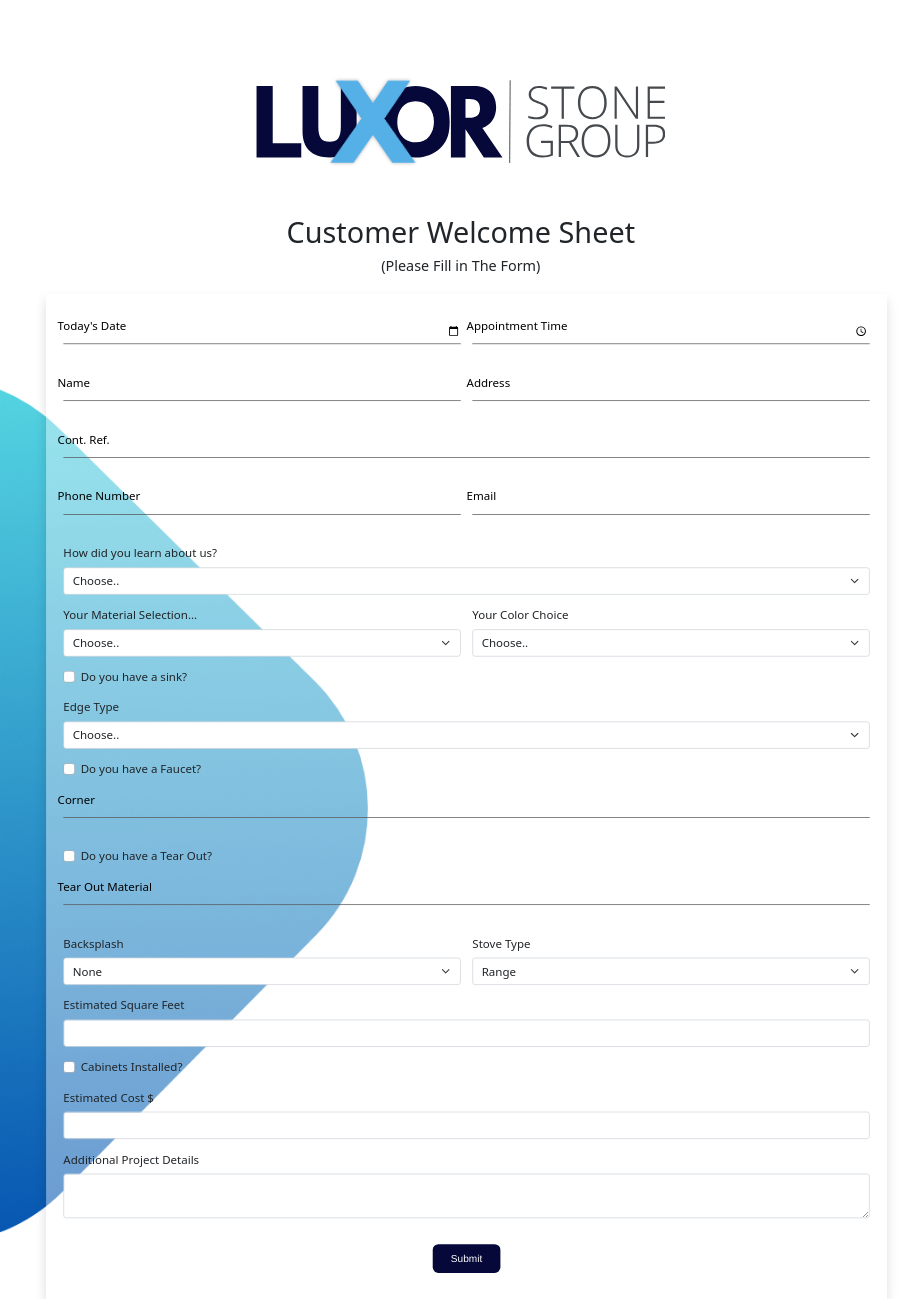
Repository: aya7abbal/Luxor-Customer-Form
Page: index.html
An editor plug-in stored every save of this project. The page is shown before and after the next save, followed by the edit.
The browser window is 1280 px wide. The pictures show the whole page, at 72% of full size.
The style sheet was rebuilt from its Sass, Less or Tailwind sources for each picture, by a compiler version that may differ from the author's.

Above is the page before, as saved 2023-10-20 22:25:19.

### index.html
<!DOCTYPE html>
<html lang="en">
  <head>
    <meta charset="UTF-8" />
    <meta http-equiv="X-UA-Compatible" content="IE=edge" />
    <link
      href="https://cdn.jsdelivr.net/npm/bootstrap@5.0.2/dist/css/bootstrap.min.css"
      rel="stylesheet"
      integrity="sha384-EVSTQN3/azprG1Anm3QDgpJLIm9Nao0Yz1ztcQTwFspd3yD65VohhpuuCOmLASjC"
      crossorigin="anonymous"
    />
    <link rel="stylesheet" href="./Styles/styles.css" />
    <meta name="viewport" content="width=device-width, initial-scale=1.0" />
    <script src="./script.js"></script>

    <title>Document</title>
  </head>
  <body class="p-3">
    <div class="container">
      <div class="row py-4 py-lg-6">
        <div class="col-lg-12 d-flex align-items-center justify-content-center">
          <div style="z-index: 1" class="lc-block mb-n3 mb-lg-0">
            <img
              class="img-fluid p-3 m-3 mb-5 logo"
              src="./Images/logo.svg"
              alt="Luxor Stone Group Logo"
            />
          </div>
          <!-- /lc-block -->
        </div>
        <!-- /col -->

        <div class="d-flex-col text-center">
          <h1>Customer Welcome Sheet</h1>

          <p class="lead">(Please Fill in The Form)</p>
        </div>
        <!-- /lc-block -->
      </div>
    </div>

    <div class="box">
      <form class="row g-3 shadow p-3 mx-4 mx-md-5">
        <!-- Date -->
        <div class="col-md-6 col-12 input-container">
          <input type="date" required id="date" />

          <label for="date">Today's Date</label>
        </div>

        <!-- Time -->
        <div class="col-md-6 col-12 input-container">
          <input type="time" id="aptTime" required />

          <label for="aptTime">Appointment Time</label>
        </div>
        <!-- Name -->
        <div class="col-12 col-md-6 input-container">
          <input type="text" required />
          <label for="name">Name</label>
        </div>

        <!-- Address -->
        <div class="col-12 col-md-6 input-container">
          <input type="text" required id="address" />
          <label for="address">Address</label>
        </div>
        <!-- Cont. Ref. -->
        <div class="col-12 input-container">
          <input type="text" id="contRef" required />
          <label for="contRef">Cont. Ref.</label>
        </div>
        <!-- Phone Number -->
        <div class="col-md-6 col-12 input-container">
          <input type="number" id="mobile" required />
          <label for="mobile">Phone Number</label>
        </div>
        <!-- Email -->
        <div class="col-md-6 col-12 input-container">
          <input type="email" required id="email" />
          <label for="email">Email</label>
        </div>
        <!-- Learn
    how -->
        <div class="col-12">
          <label for="learnHow" class="form-label"
            >How did you learn about us?</label
          >
          <select id="learnHow" class="form-select">
            <option selected>Choose..</option>
            <option>answer 2</option>
          </select>
        </div>
        <!-- Material Selection -->
        <div class="col-md-6">
          <label for="material" class="form-label"
            >Your Material Selection...</label
          >
          <select id="material" class="form-select">
            <option selected>Choose..</option>
            <option>answer 2</option>
          </select>
        </div>
        <!-- Color Choice -->
        <div class="col-md-6">
          <label for="color" class="form-label"> Your Color Choice</label>
          <select id="color" class="form-select">
            <option selected>Choose..</option>
            <option>answer 2</option>
          </select>
        </div>
        <!-- Sink Check -->
        <div class="col-12">
          <div class="form-check">
            <label class="form-check-label" for="sinkCheck">
              Do you have a sink?</label
            >
            <input class="form-check-input" type="checkbox" id="sinkCheck" />
          </div>
        </div>
        <!-- Edge Type -->
        <div class="col-12">
          <label for="edge" class="form-label"> Edge Type</label>
          <select id="edge" class="form-select">
            <option selected>Choose..</option>
            <option>answer 2</option>
          </select>
        </div>
        <!-- Faucet Check -->
        <div class="col-12">
          <div class="form-check">
            <label class="form-check-label" for="sinkCheck">
              Do you have a Faucet?</label
            >
            <input class="form-check-input" type="checkbox" id="sinkCheck" />
          </div>
        </div>
        <!-- Corner -->
        <div class="col-12 input-container">
          <input type="text" id="corner" required />
          <label for="corner">Corner</label>
        </div>

        <!-- Tear Out Check -->
        <div class="col-12">
          <div class="form-check">
            <label class="form-check-label" for="tearCheck">
                <input class="form-check-input" type="checkbox" id="tearCheck" />
              Do you have a Tear Out?</label
            >
          </div>
        </div>

        <!-- Tear Out Type -->
        <div class="col-12 input-container">
            <input
              type="text"
              id="tearMaterial"
              required
            />
          <label for="tearMaterial" >Tear Out Material</label>
        </div>

        <!-- Backsplash-->
        <div class="col-md-6 col-12">
          <label for="backsplash" class="form-label"> Backsplash</label>
          <select id="backsplash" class="form-select">
            <option selected>None</option>
            <option>4"</option>
            <option>6"</option>
            <option>Full</option>
          </select>
        </div>
        <!-- Stove Type -->
        <div class="col-md-6 col-12">
          <label for="stoveType" class="form-label"> Stove Type</label>
          <select id="stoveType" class="form-select">
            <option selected>Range</option>
            <option>Cook Top</option>
          </select>
        </div>
        <!--Area-->
        <div class="col-12">
          <label for="area" class="form-label">Estimated Square Feet</label>
          <input type="number" class="form-control" id="area" />
        </div>
        <!-- Tear Out Check -->
        <div class="col-12">
          <div class="form-check">
            <label class="form-check-label" for="cabinets">
              Cabinets Installed?</label
            >
            <input class="form-check-input" type="checkbox" id="cabinets" />
          </div>
        </div>
        <!--Cost-->
        <div class="col-12">
          <label for="price" class="form-label">Estimated Cost $</label>
          <input type="number" class="form-control" id="price" />
        </div>
        <!-- Additional Details -->
        <div class="col-12">
          <label for="details" class="form-label"
            >Additional Project Details</label
          >
          <textarea class="form-control" aria-label="With textarea"></textarea>
        </div>

        <!-- Submit Button -->
        <div class="col-12 d-flex justify-content-center">
          <button type="submit" class="btn button-1">Submit</button>
        </div>
        <!-- /lc-block -->
      </form>
    </div>
  </body>
</html>

### script.js
let timer;

document.addEventListener('input', e => {
  const el = e.target;

  if( el.matches('[data-color]') ) {
    clearTimeout(timer);
    timer = setTimeout(() => {
      document.documentElement.style.setProperty(`--color-${el.dataset.color}`, el.value);
    }, 100)
  }
})

### Styles/styles.scss
.btn-submit {
    width: 200px;
    padding: .7rem;
    background-color: #050839;
    color: white
    ;

}
.logo{
    width: 600px;
}
@media (max-width:769px) {
    .logo{
        width: 400px;
    }

}

body{
    margin-top: 2rem;
    background-image: url(../Images/design4.jpg);
    background-size:cover;
    background-repeat: no-repeat;


}
form{
    background-color:rgba($color: #FFF, $alpha: 0.4);

}


// Submit Button
/* CSS */
.button-1 {
  background-color: #050839;
  border-radius: 8px;
  border-style: none;
  box-sizing: border-box;
  color: #FFFFFF;
  cursor: pointer;
  display: inline-block;
  font-family: "Haas Grot Text R Web", "Helvetica Neue", Helvetica, Arial, sans-serif;
  font-size: 14px;
  font-weight: 500;
  height: 40px;
  line-height: 20px;
  list-style: none;
  margin: 20px;
  outline: none;
  padding: 10px 25px;
  position: relative;
  text-align: center;
  text-decoration: none;
  transition: color 100ms;
  vertical-align: baseline;
  user-select: none;
  -webkit-user-select: none;
  touch-action: manipulation;
}

.button-1:hover,
.button-1:focus {
  background-color: white;
  color: #050839;
}
.box{
    position: absolute;
}



// Input Animation

@import url('https://fonts.googleapis.com/css?family=Noto+Sans:400,400i,700,700i&subset=greek-ext');
.input-container{
	position:relative;
	margin-bottom:25px;
}

.input-container label{
	position:absolute;
	top:0px;
	left:0px;
	font-size:16px;
	color:black;
    pointer-event:none;
	transition: all 0.5s ease-in-out;
}
.input-container input{
    border:0;
    border-bottom:1px solid #555;
    background:transparent;
    width:100%;
    padding:8px 0 5px 0;
    font-size:16px;
    color:#fff;
  }
  .input-container input:focus{
    border:none;
    outline:none;
    border-bottom:1px solid #55b0e8;
   }
   .input-container input:focus ~ label,
.input-container input:valid ~ label{
	top:-12px;
	font-size:12px;

}

After the next save:
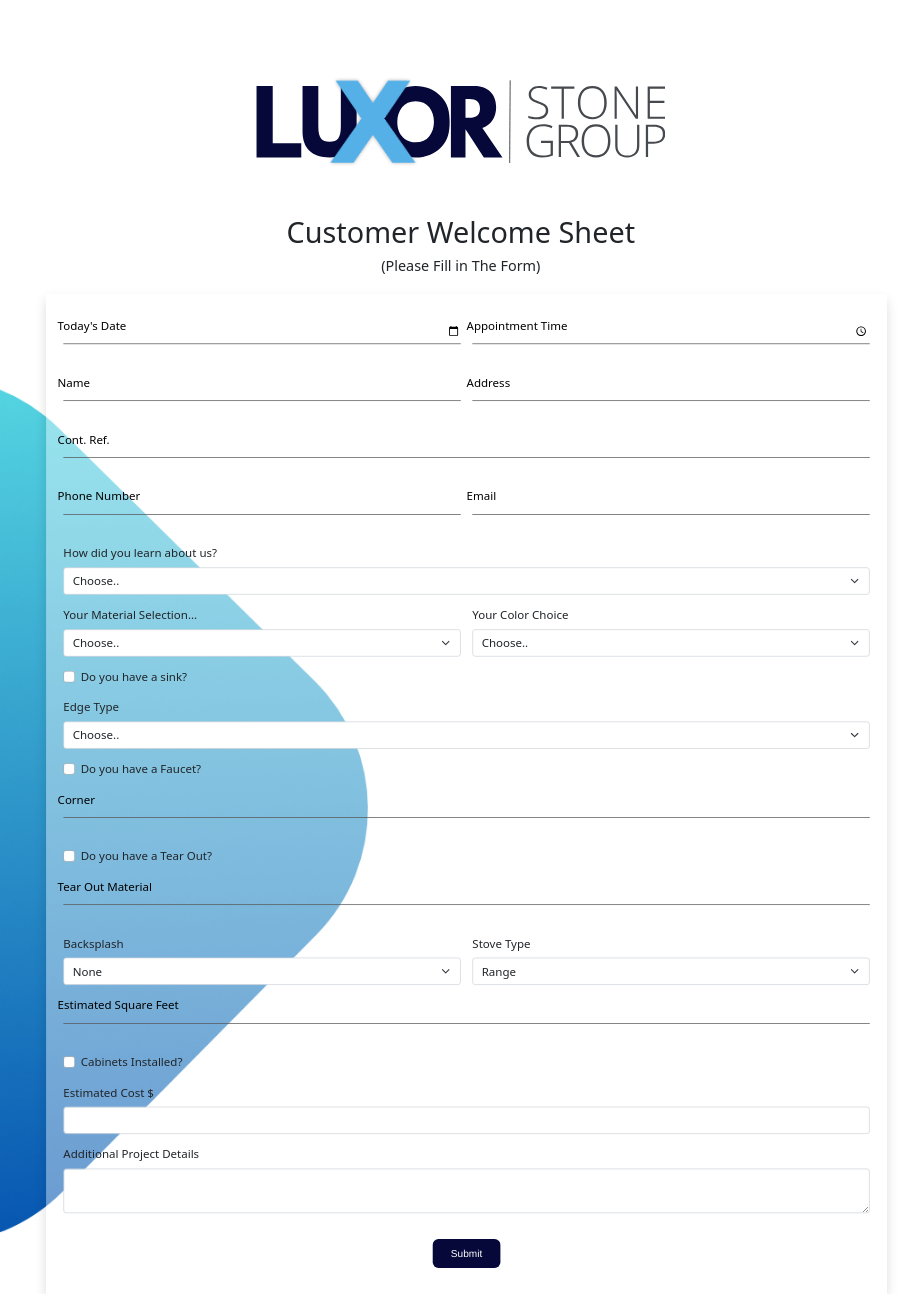
Saved 34 s later.
--- a/index.html
+++ b/index.html
@@ -180,9 +180,9 @@
           </select>
         </div>
         <!--Area-->
-        <div class="col-12">
-          <label for="area" class="form-label">Estimated Square Feet</label>
-          <input type="number" class="form-control" id="area" />
+        <div class="col-12 input-container">
+            <input type="number" id="area" required/>
+          <label for="area" >Estimated Square Feet</label>
         </div>
         <!-- Tear Out Check -->
         <div class="col-12">
